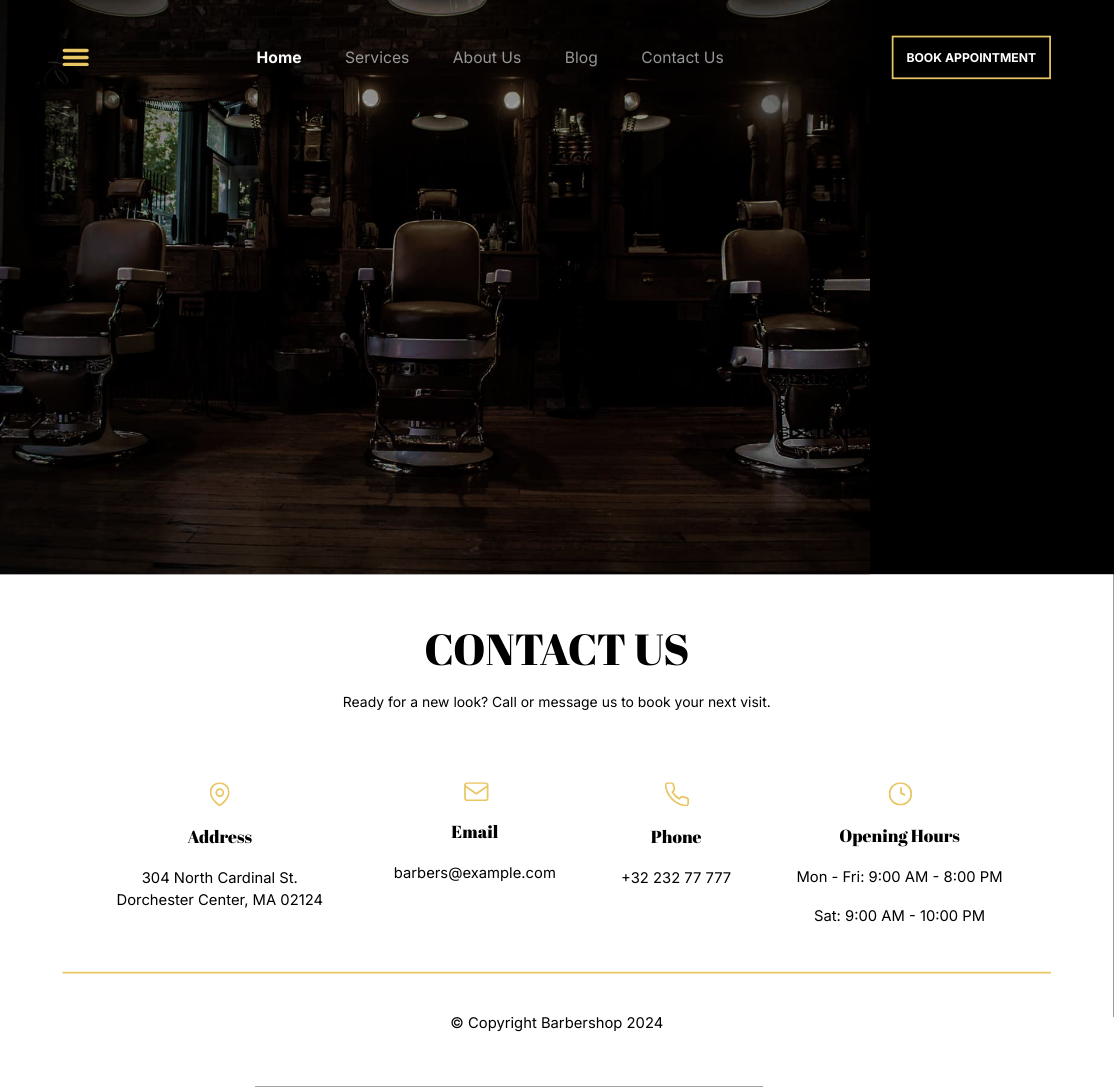
Repository: BogdanLazebnika/barbershop
Page: http://localhost/
These files come from the project's save history. The page is drawn as it stood at one moment and after a run of saves; the edit follows.
The browser window is 1280 px wide. The pictures show the whole page, at 87% of full size.
The page is run by PHP 8.4 with error messages shown; the project is at /var/www/html/.

Above is the page before, as saved 2025-07-16 18:43:38.

### index.php
<!DOCTYPE html>
<html lang="en">
<head>
    <meta charset="UTF-8">
    <meta name="viewport" content="width=device-width, initial-scale=1.0">
    <title>Homepage Barbershop</title>

    <link rel="stylesheet" href="assets/css/reset.css">
    <link rel="stylesheet" href="assets/css/style.css">
    <link rel="stylesheet" href="assets/css/index.css">
</head>
<body>

    <!-- Header -->
    <?php include 'components/header.php'; ?>

    <main>
        <!-- фонове зображення головної сторінки -->
         <div class="background-image-homepage">
            <img src="assets/images/backgrounds/hero.jpg" alt="Background Image">
         </div>
    </main>

    <?php include 'components/footer.php'; ?>

</body>
</html>

### components/header.php
<?php
$current = basename($_SERVER['PHP_SELF']);
?>
<header class="header">
    <div class="center-header-container">
        <!-- Link to Header CSS -->
        <link rel="stylesheet" href="assets/css/header.css">
        <link rel="preconnect" href="https://fonts.googleapis.com">
        <link rel="preconnect" href="https://fonts.gstatic.com" crossorigin>
        <link href="https://fonts.googleapis.com/css2?family=Inter:ital,opsz,wght@0,14..32,100..900;1,14..32,100..900&display=swap" rel="stylesheet">

        <script src="assets/js/header.js" defer></script>


        <div class="header-left">
            <button class="burger" id="burger">
                <span></span>
                <span></span>
                <span></span>
            </button>
        </div>

        <nav class="nav">
            <ul class="nav-list">
                <li class="nav-item">
                    <?php if ($current == 'index.php'): ?>
                        <span class="active">Home</span>
                    <?php else: ?>
                        <a href="index.php">Home</a>
                    <?php endif; ?>
                </li>

                <li class="nav-item">
                    <?php if ($current == 'services.php'): ?>
                        <span class="active">Services</span>
                    <?php else: ?>
                        <a href="services.php">Services</a>
                    <?php endif; ?>
                </li>

                <li class="nav-item">
                    <?php if ($current == 'about.php'): ?>
                        <span class="active">About Us</span>
                    <?php else: ?>
                        <a href="about.php">About Us</a>
                    <?php endif; ?>
                </li>

                <li class="nav-item">
                    <?php if ($current == 'blog.php'): ?>
                        <span class="active">Blog</span>
                    <?php else: ?>
                        <a href="blog.php">Blog</a>
                    <?php endif; ?>
                </li>

                <li class="nav-item">
                    <?php if ($current == 'contact.php'): ?>
                        <span class="active">Contact Us</span>
                    <?php else: ?>
                        <a href="contact.php">Contact Us</a>
                    <?php endif; ?>
                </li>
            </ul>
        </nav>
        <a class="button-book-appointment" href="#">BOOK APPOINTMENT</a>
    </div>



</header>

### components/footer.php
<footer>
    <!-- Link to Footer CSS -->
    <link rel="stylesheet" href="assets/css/footer.css">

    <link rel="preconnect" href="https://fonts.googleapis.com">
    <link rel="preconnect" href="https://fonts.gstatic.com" crossorigin>
    <link href="https://fonts.googleapis.com/css2?family=Abril+Fatface&family=Inter:ital,opsz,wght@0,14..32,100..900;1,14..32,100..900&display=swap" rel="stylesheet">

    <link rel="preconnect" href="https://fonts.googleapis.com">
    <link rel="preconnect" href="https://fonts.gstatic.com" crossorigin>
    <link href="https://fonts.googleapis.com/css2?family=Inter:ital,opsz,wght@0,14..32,100..900;1,14..32,100..900&display=swap" rel="stylesheet">


    <h2>CONTACT US</h2>
    <p class="footer-text">Ready for a new look? Call or message us to book your next visit.</p>

    <ul class="footer-contacts">
        <li>
            <ul class="contact-item">
                <li class="contact-icon">
                    <img src="assets/images/icons/icon_location.svg" alt="location">
                </li>
                <li class="contact-label">Address</li>
                <li class="contact-text">
                    304 North Cardinal St. Dorchester Center, MA 02124
                </li>
            </ul>
        </li>

        <li>
            <ul class="contact-item">
                <li class="contact-icon">
                    <img src="assets/images/icons/icon_envelope.svg" alt="email">
                </li>
                <li class="contact-label">Email</li>
                <li class="contact-text"><a href="mailto:barbers@example.com">barbers@example.com</a></li>
            </ul>
        </li>

        <li>
            <ul class="contact-item">
                <li class="contact-icon">
                    <img src="assets/images/icons/icon_phone.svg" alt="phone">
                </li>
                <li class="contact-label">Phone</li>
                <li class="contact-text"><a href="tel:+1234567890">+32 232 77 777</a></li>
            </ul>
        </li>

        <li>
            <ul class="contact-item">
                <li class="contact-icon">
                    <img src="assets/images/icons/icon_clock.svg" alt="opening hours">
                </li>
                <li class="contact-label">Opening Hours</li>
                <li class="contact-text">Mon - Fri: 9:00 AM - 8:00 PM</li>
                <li class="contact-text">Sat: 9:00 AM - 10:00 PM</li>
            </ul>
        </li>
    </ul>

    <!-- додаємо лінію -->
    <hr>

    <p class="copyright">© Copyright Barbershop 2024</p>
</footer>

### assets/css/style.css
body{
    max-width: 1440px;

    margin-left: auto;
    margin-right: auto;
    background-color: black;
}

main{
    /* відступ для фіксованої шапки */
    min-height: calc(100vh - 95px);
}

### assets/css/index.css
.background-image-homepage{
max-width: 1000px;

}

.background-image-homepage img {
    width: 100%;

}

### assets/css/header.css
header {
  position: fixed;
  top: 0;
  left: 0;
  width: 100%;
  height: 92px;
  color: #ffffff;
  display: flex;
  align-items: center;
  justify-content: center;
  z-index: 1000;

  /* Усі переходи в одному місці */
  transition:
    transform 0.3s ease,
    background-color 0.3s ease,
    box-shadow 0.3s ease;

  transform: translateY(0);
}

header.hidden {
  transform: translateY(-100%);
}

header.scrolled {
  background-color: rgba(0, 0, 0, 0.5);
  box-shadow: 0 4px 10px rgba(0, 0, 0, 0.2);
  backdrop-filter: blur(6px);
}


.center-header-container{
    position: relative;
    display: flex;
    justify-content: space-between;
    width: 100%;
    margin-top: 40px;
    height: 50px;
    max-width: 1440px;
}

/* БУРГЕР */
.header-left{
    display: flex;
    align-items: center;
    gap: 20px;
    margin-left: 72px;
}
.burger {
    width: 30px;
    height: 20px;
    display: flex;
    flex-direction: column;
    justify-content: space-between;
    background: none;
    border: none;
    cursor: pointer;
    padding: 0;
}
.burger span {
    width: 100%;
    height: 4px;
    background: #E9C664;
    border-radius: 4px;
    transition: 0.3s ease;
    transform-origin: center;
}
/* логіка вікривання */
.burger.open span:nth-child(1) {
  transform: rotate(45deg) translateY(11px);
}

.burger.open span:nth-child(2) {
  opacity: 0;
}

.burger.open span:nth-child(3) {
  transform: rotate(-45deg) translateY(-11px);
}





/* Навігація  для ПК*/
@media screen and (min-width: 1024px) {
    nav {
        display: flex;
        align-items: center;

    }
    nav ul {
        display: flex;
        list-style: none;
        padding: 0;
        gap: 50px;
    }

    nav ul li a {
        text-decoration: none;
        color: #979797;
        font-size: 18px;
        font-family: "inter", sans-serif;
        font-weight: 400;
    }
    nav ul li a.active{
        color: #ffffff;
        font-weight: bold;
    }
    nav ul li span {
        text-decoration: none;
        color: #979797;
        font-size: 18px;
        font-family: "inter", sans-serif;
        font-weight: 400;
        cursor: pointer; /* щоб не було посилання */
    }
    nav ul li span.active{
        color: #ffffff;
        font-weight: bold;
    }


    /* робимо риску при наведені на навігацію яка висувається*/

    nav ul li a {
        position: relative;
    }

    nav ul li a::after {
        content: "";
        position: absolute;
        left: 0;
        right: 0;
        bottom: -7px;
        height: 2px;
        background: #E9C664;
        transform: scaleX(0);
        transition: transform 0.3s ease;
    }


    nav ul li a:hover::after{
        transform: scaleX(1);
    }
    nav ul li a.active::after {
        transform: scaleX(0);
        transition: none;
    }
}

.button-book-appointment{
    text-decoration: none;

    display: flex;
    align-items: center;
    justify-content: center;

    font-family: "inter", sans-serif;
    font-size: 14px;
    font-weight: bold;
    color: #ffffff;

    padding: 15px 15px;
    border: #E9C664 solid 2px;

    margin-right: 72px;
}


@media screen and (min-width: 1023px) {
    b
}


@media screen and (max-width: 1023px) {
    .header{
        height: 72px;
    }
}
@media screen and (max-width: 1023px) {
    .center-header-container{
        margin-top: 20px;
    }
}
@media screen and (max-width: 1023px) {
    .header-left{
        margin-left: 20px;
    }
}



@media screen and (max-width: 1023px) {
    nav{
        position: absolute;
        top: 50px;
        left: -200px;
        transition: left 0.3s ease;

        background-color: #212121;

        width: 200px;
        min-height: 100vh;
        overflow-x: auto;
    }
    nav.open {
        left: 0;
        transition: left 0.3s ease;
    }
    .nav-item a{
        font-family: "inter", sans-serif;
        font-size: 18px;
        font-weight: 400;
        color: #ffffff;
        text-decoration: none;
    }
    .header.open {
        background-color: #212121;
    }





}






@media screen and (max-width: 1023px) {
    .button-book-appointment{
        margin-right: 20px;
    }
}

### assets/css/footer.css
footer {
    background-color: #ffffff;
    padding: 60px 72px;
    text-align: center;
}

footer h2 {
    color: #000000;
    font-family: "Abril Fatface", serif;
    font-size: 50px;
    font-weight: 400;

    margin-bottom: 25px;
}
footer .footer-text{
    color: #000000;
    font-family: "inter", sans-serif;
    font-size: 16px;
    font-weight: 400;
    line-height: 1.5;


    margin-bottom: 80px;
}


.footer-contacts{
    display: flex;
    flex-wrap: wrap;
    gap: 75px;
    justify-content: center;

    margin-bottom: 50px;
}
.contact-item{
    display: flex;
    flex-direction: column;
    align-items: center;
    gap: 20px;
    max-width: 250px;
}

.contact-icon{
    width: 26px;
}

.contact-label{
    color: #000000;
    font-family: "abril fatface", serif;
    font-size: 20px;
    font-weight: 400;
    line-height: 1.5;
}
.contact-text{
    font-family: "inter", sans-serif;
    font-size: 17px;
    font-weight: 400;
    line-height: 1.5;
    color: #000000;
}
.contact-text a{
    color: #000000;
    text-decoration: none;
}
hr {
    border: 0;
    border-top: 2px solid #E9C664;
    margin-bottom: 45px;
}

.copyright{
    color: #000000;
    font-family: "inter", sans-serif;
    font-size: 17px;
    font-weight: 400;
    line-height: 1.5;
    text-align: center;
}

### assets/images/icons/footer/icon_location.svg
<svg width="23" height="28" viewBox="0 0 23 28" fill="none" xmlns="http://www.w3.org/2000/svg">
<path d="M22 11.636C22 19.909 11.5 27 11.5 27C11.5 27 0.99997 19.909 0.99997 11.636C0.982143 8.83325 2.07833 6.1382 4.04741 4.14361C6.0165 2.14901 8.69723 1.01824 11.5 1C14.3027 1.01824 16.9834 2.14901 18.9525 4.14361C20.9216 6.1382 22.0178 8.83325 22 11.636V11.636Z" stroke="#E9C664" stroke-width="2" stroke-linecap="round" stroke-linejoin="round"/>
<path d="M11.64 16.004C13.8492 16.004 15.64 14.2132 15.64 12.004C15.64 9.79489 13.8492 8.00403 11.64 8.00403C9.43088 8.00403 7.64001 9.79489 7.64001 12.004C7.64001 14.2132 9.43088 16.004 11.64 16.004Z" stroke="#E9C664" stroke-width="2" stroke-linecap="round" stroke-linejoin="round"/>
</svg>

### assets/images/icons/footer/icon_envelope.svg
<svg width="29" height="22" viewBox="0 0 29 22" fill="none" xmlns="http://www.w3.org/2000/svg">
<path d="M4.1 1.00034H24.9C25.5757 0.989335 26.2282 1.24602 26.7153 1.71439C27.2024 2.18275 27.4845 2.82477 27.5 3.50034V18.5003C27.4845 19.1759 27.2024 19.8179 26.7153 20.2863C26.2282 20.7547 25.5757 21.0113 24.9 21.0003H4.1C3.42434 21.0113 2.77176 20.7547 2.28466 20.2863C1.79756 19.8179 1.51549 19.1759 1.5 18.5003V3.50034C1.51549 2.82477 1.79756 2.18275 2.28466 1.71439C2.77176 1.24602 3.42434 0.989335 4.1 1.00034V1.00034Z" stroke="#E9C664" stroke-width="2" stroke-linecap="round" stroke-linejoin="round"/>
<path d="M27.5 4.38708L14.5 13.2701L1.5 4.38708" stroke="#E9C664" stroke-width="2" stroke-linecap="round" stroke-linejoin="round"/>
</svg>

### assets/images/icons/footer/icon_phone.svg
<svg width="28" height="28" viewBox="0 0 28 28" fill="none" xmlns="http://www.w3.org/2000/svg">
<path d="M26.9993 20.4661V24.3801C27.0004 24.7439 26.9255 25.1038 26.7794 25.437C26.6334 25.7701 26.4193 26.069 26.151 26.3146C25.8827 26.5602 25.5661 26.7471 25.2214 26.8633C24.8767 26.9794 24.5115 27.0223 24.1493 26.9891C20.1275 26.5535 16.2636 25.1819 12.8673 22.9841C9.70973 20.9822 7.03167 18.3096 5.0233 15.1561C2.81449 11.7536 1.43958 7.87797 1.0103 3.84414C0.977934 3.48295 1.02117 3.11897 1.13724 2.7754C1.25332 2.43184 1.43969 2.11622 1.68448 1.84867C1.92927 1.58111 2.22712 1.36748 2.55903 1.22138C2.89094 1.07529 3.24965 0.999945 3.6123 1.00014H7.5343C8.16804 0.993552 8.78259 1.21752 9.26348 1.63035C9.74437 2.04317 10.0588 2.61671 10.1483 3.24414C10.3138 4.49678 10.6208 5.72663 11.0633 6.91014C11.2392 7.37716 11.2772 7.88485 11.173 8.37287C11.0688 8.86089 10.8266 9.30873 10.4753 9.66314L8.8153 11.3201C10.678 14.5878 13.3879 17.2922 16.6593 19.1481L18.3193 17.4911C18.6751 17.1403 19.1238 16.8986 19.6125 16.7946C20.1012 16.6906 20.6095 16.7286 21.0773 16.9041C22.2634 17.3457 23.4955 17.652 24.7503 17.8171C25.3849 17.9058 25.9648 18.2247 26.3795 18.7132C26.7942 19.2016 27.0148 19.8256 26.9993 20.4661Z" stroke="#E9C664" stroke-width="2" stroke-linecap="round" stroke-linejoin="round"/>
</svg>

### assets/images/icons/footer/icon_clock.svg
<svg width="28" height="27" viewBox="0 0 28 27" fill="none" xmlns="http://www.w3.org/2000/svg">
<path d="M14 26C20.9036 26 26.5 20.4036 26.5 13.5C26.5 6.59644 20.9036 1 14 1C7.09644 1 1.5 6.59644 1.5 13.5C1.5 20.4036 7.09644 26 14 26Z" stroke="#E9C664" stroke-width="2" stroke-linecap="round" stroke-linejoin="round"/>
<path d="M14.625 6.66699V12.667L18.625 14.667" stroke="#E9C664" stroke-width="2" stroke-linecap="round" stroke-linejoin="round"/>
</svg>

### assets/js/header.js
// логіка вікривання меню
document.addEventListener('DOMContentLoaded', function () {
  const burger = document.querySelector('.burger');
  const nav = document.querySelector('.nav');
  const header = document.querySelector('header');

  // Відкривання/закривання по кліку на бургер
  burger.addEventListener('click', function (e) {
    e.stopPropagation();
    burger.classList.toggle('open');
    nav.classList.toggle('open');
    header.classList.toggle('open');
  });

  // Закриття при кліку поза шапкою/меню
  document.addEventListener('click', function (e) {
    const isClickInside = header.contains(e.target);

    if (!isClickInside && nav.classList.contains('open')) {
      burger.classList.remove('open');
      nav.classList.remove('open');
      header.classList.remove('open'); // 🔧 додаємо!
    }
  });

  // Закриття при скролі, якщо меню відкрите
  window.addEventListener('scroll', function () {
    const navIsOpen = nav.classList.contains('open');

    if (navIsOpen) {
      burger.classList.remove('open');
      nav.classList.remove('open');
      header.classList.remove('open'); // 🔧 додаємо!
    }
  });
});

// стилізація шапки
let lastScroll = window.scrollY;
let header = document.querySelector('header');
let scrollUpDistance = 0;
let scrollDownDistance = 0;

window.addEventListener('scroll', () => {
  const currentScroll = window.scrollY;

  // Перевірка, чи меню відкрите
  const menuIsOpen = document.querySelector('.nav').classList.contains('open');
  if (menuIsOpen) {
    return; // Якщо меню відкрите — не ховаємо шапку
  }

  // ✅ Додаємо фон, якщо не на самому верху
  if (currentScroll > 0) {
    header.classList.add('scrolled');
  } else {
    header.classList.remove('scrolled');
  }

  // Скрол вниз
  if (currentScroll > lastScroll) {
    scrollUpDistance = 0;
    scrollDownDistance += currentScroll - lastScroll;

    if (scrollDownDistance > 250) {
      header.classList.add('hidden');
    }
  }

  // Скрол вгору
  else if (currentScroll < lastScroll) {
    scrollDownDistance = 0;
    scrollUpDistance += lastScroll - currentScroll;

    if (scrollUpDistance > 200) {
      header.classList.remove('hidden');
    }
  }

  lastScroll = currentScroll;
});

Loaded but not shown: assets/css/reset.css (common file)

After the next 2 saves:
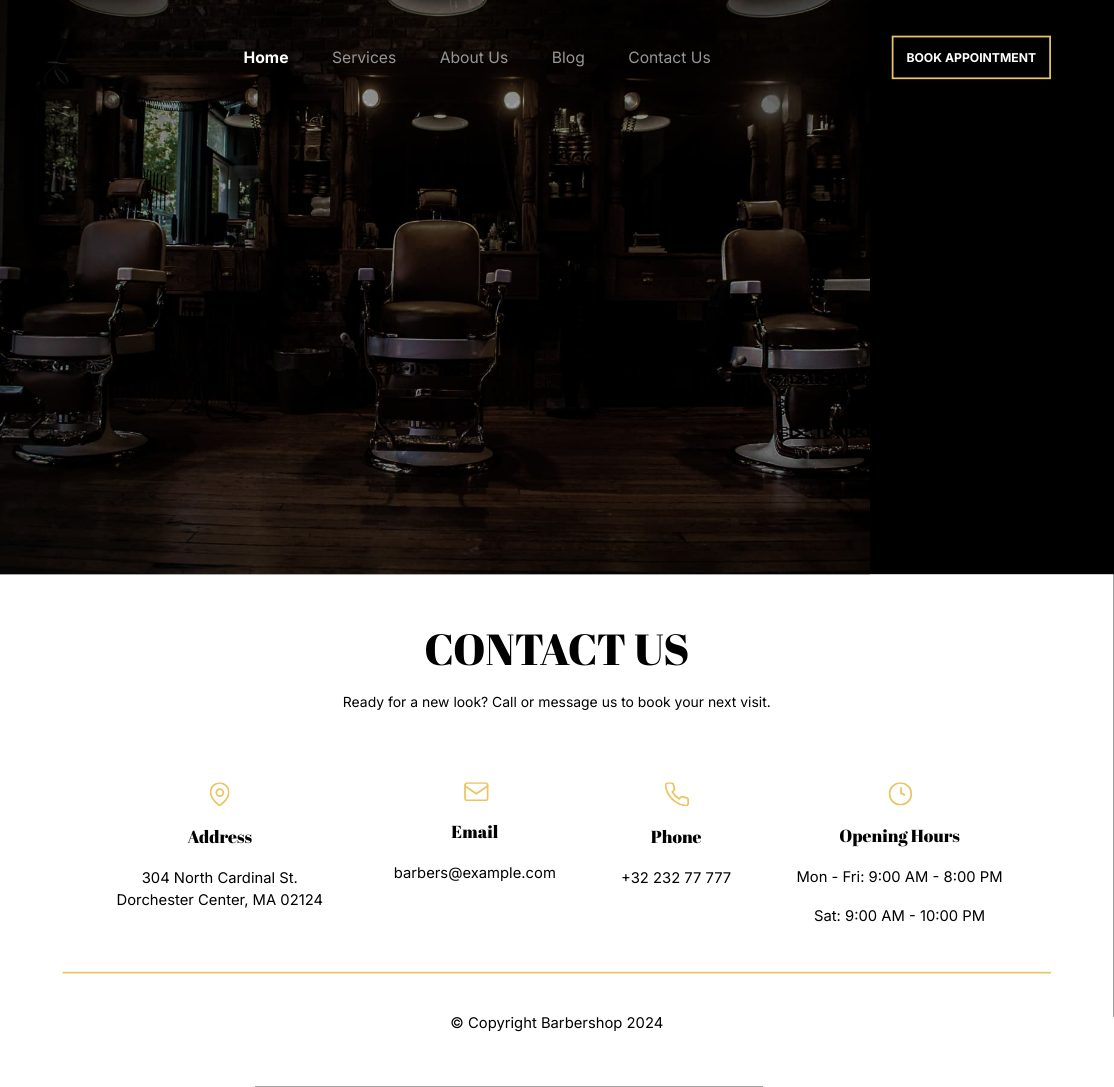
The 2 saves are shown as one change because they came seconds apart.
The last was saved 5 s later.
--- a/assets/css/header.css
+++ b/assets/css/header.css
@@ -170,7 +170,9 @@
 
 
 @media screen and (min-width: 1023px) {
-    b
+    .burger{
+        display: none;
+    }
 }
 
 
